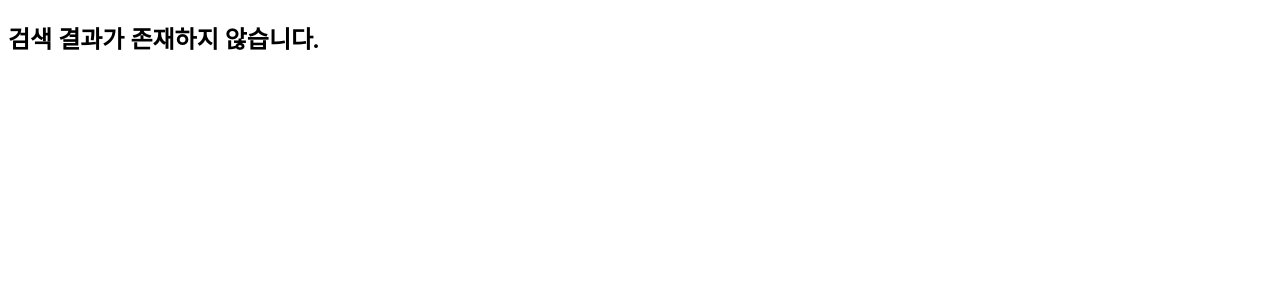
Repository: Served01/Project2_2209
Page: http://localhost/bookReviewProgram/noResultPro.jsp
The author's editor kept a copy of each file at every save. The page is drawn from the files as they stood at one save, then again after the next save.
The browser window is 1280 px wide. The pictures show the whole page.
The page is served by Tomcat 9.

Above is the page before, as saved 2022-09-30 07:46:24.

After the next save:
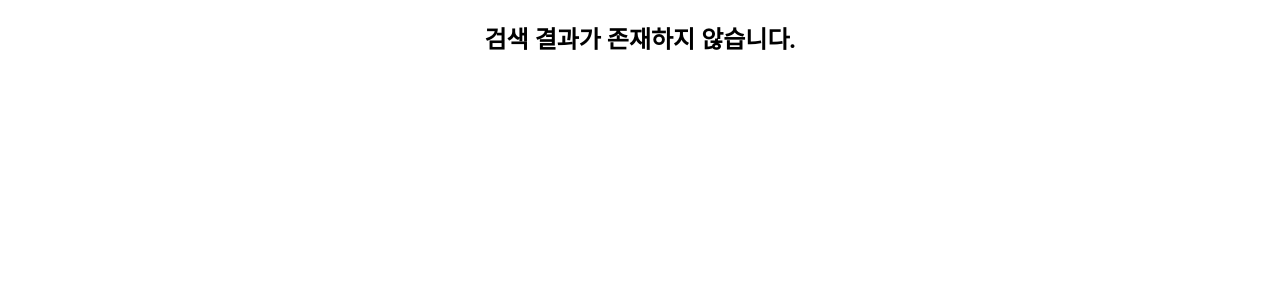
Saved 65 min 55 s later.
--- a/bookReviewProgram/src/main/webapp/noResultPro.jsp
+++ b/bookReviewProgram/src/main/webapp/noResultPro.jsp
@@ -7,6 +7,14 @@
 <meta charset="UTF-8">
 <title>검색 결과 없음</title>
 </head>
+<style>
+h2{
+display: flex;
+height: 100%;
+justify-content: center;
+align-items: center;
+}
+</style>
 <body>
 
 	<h2>검색 결과가 존재하지 않습니다.</h2>
